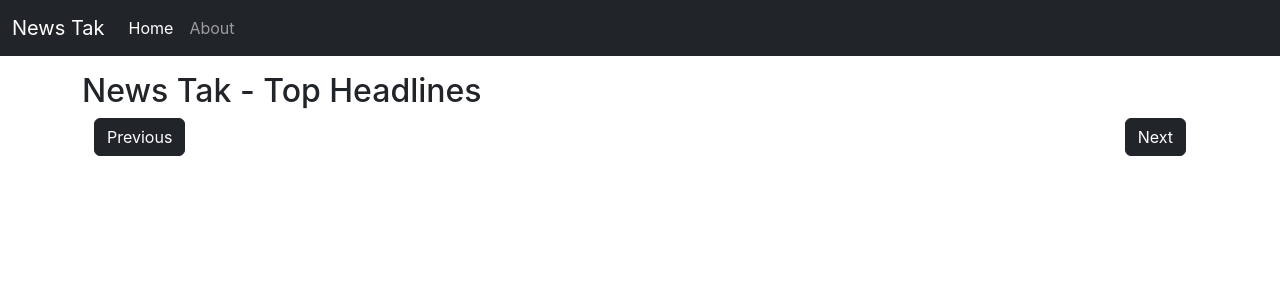
Repository: Rohit-foryou/News-website
Page: /entertainment
An editor plug-in stored every save of this project. The page is shown before and after the next save, followed by the edit.
The browser window is 1280 px wide. The pictures show the whole page.
The page's requests for data from a server got no answer. The project was rebuilt for these pictures with package versions that can differ from the ones it lists, and the page was loaded fresh each time. No one was signed in, and anything a server would have sent is missing. Also part of the build but not shown: src/Components/NewsItem.js.

Above is the page before, as saved 2023-12-22 20:39:20.

### public/index.html
<!DOCTYPE html>
<html lang="en">
  <head>
    <meta charset="utf-8" />
    <link rel="icon" href="%PUBLIC_URL%/favicon.ico" />
    <meta name="viewport" content="width=device-width, initial-scale=1" />
    <meta name="theme-color" content="#000000" />
    <meta
      name="description"
      content="News Tak is used to see latest news fast and easy"
    />
    <link rel="apple-touch-icon" href="%PUBLIC_URL%/logo192.png" />
    <!--
      manifest.json provides metadata used when your web app is installed on a
      user's mobile device or desktop. See https://developers.google.com/web/fundamentals/web-app-manifest/
    -->
    <link rel="manifest" href="%PUBLIC_URL%/manifest.json" />
    <!--
      Notice the use of %PUBLIC_URL% in the tags above.
      It will be replaced with the URL of the `public` folder during the build.
      Only files inside the `public` folder can be referenced from the HTML.

      Unlike "/favicon.ico" or "favicon.ico", "%PUBLIC_URL%/favicon.ico" will
      work correctly both with client-side routing and a non-root public URL.
      Learn how to configure a non-root public URL by running `npm run build`.
    -->
    <title>News Tak</title>
    <link href="https://cdn.jsdelivr.net/npm/bootstrap@5.3.2/dist/css/bootstrap.min.css" rel="stylesheet" integrity="sha384-T3c6CoIi6uLrA9TneNEoa7RxnatzjcDSCmG1MXxSR1GAsXEV/Dwwykc2MPK8M2HN" crossorigin="anonymous">
  </head>
  <body>
    <noscript>You need to enable JavaScript to run this app.</noscript>
    <div id="root"></div>
    <!--
      This HTML file is a template.
      If you open it directly in the browser, you will see an empty page.

      You can add webfonts, meta tags, or analytics to this file.
      The build step will place the bundled scripts into the <body> tag.

      To begin the development, run `npm start` or `yarn start`.
      To create a production bundle, use `npm run build` or `yarn build`.
    -->
    <script src="https://cdn.jsdelivr.net/npm/bootstrap@5.3.2/dist/js/bootstrap.bundle.min.js" integrity="sha384-C6RzsynM9kWDrMNeT87bh95OGNyZPhcTNXj1NW7RuBCsyN/o0jlpcV8Qyq46cDfL" crossorigin="anonymous"></script>
  </body>
</html>

### src/App.js
import React, { Component } from 'react'
import NavBar from './Components/NavBar'
import News from './Components/News'

export class App extends Component {
  render() {
    return (
      <div>
        <NavBar/>
        <News/>
      </div>
    )
  }
}

export default App

### src/Components/NavBar.js
import React, { Component } from 'react'

export default class NavBar extends Component {
  render() {
    return (
      <div>
        <nav className="navbar navbar-expand-lg navbar-dark bg-dark">
            <div className="container-fluid">
                <a className="navbar-brand" href="/">News Tak</a>
                <button className="navbar-toggler" type="button" data-bs-toggle="collapse" data-bs-target="#navbarSupportedContent" aria-controls="navbarSupportedContent" aria-expanded="false" aria-label="Toggle navigation">
                <span className="navbar-toggler-icon"></span>
                </button>
                <div className="collapse navbar-collapse" id="navbarSupportedContent">
                <ul className="navbar-nav me-auto mb-2 mb-lg-0">
                    <li className="nav-item">
                    <a className="nav-link active" aria-current="page" href="/">Home</a>
                    </li>
                    <li className="nav-item">
                    <a className="nav-link" href="/about">About</a>
                    </li>
                </ul>
                </div>
            </div>
        </nav>
      </div>
    )
  }
}

### src/Components/News.js
import React, { Component } from "react";
import NewsItem from "./NewsItem";

export class News extends Component {

  constructor() {
    super();
    console.log("hello i am constructor");
    this.state = {
      articles: [],
      loading: false,
      page: 1
    };
  }

 async componentDidMount(){
    let url = "https://newsapi.org/v2/top-headlines?country=in&apiKey=fa3dbec13bb44cd2a222250b4aea8871"
    let data = await fetch(url);
    let parsedData = await data.json()
    console.log(parsedData)
    this.setState({articles: parsedData.articles})
  }
  render() {
    return (
      <div className="container my-3">
        <h2>News Tak - Top Headlines</h2>

        <div className="row">
        {this.state.articles.map((element)=>{
            return <div className="col-md-4" key={element.url}>
            <NewsItem
              title={element.title?element.title.slice(0,45):""}
              description={element.description?element.description.slice(0,83):""}
              imgUrl={element.urlToImage}
              newsUrl = {element.url}
            />
          </div>
        })}

        </div>
        <div className="container d-flex justify-content-between">
            <button type="button" className="btn btn-dark">Previous</button>
            <button type="button" className="btn btn-dark">Next</button>
        </div>
      </div>
    );
  }
}

export default News;

Loaded but not shown: src/index.js (common file); src/index.css (common file); src/reportWebVitals.js (common file)

After the next save:
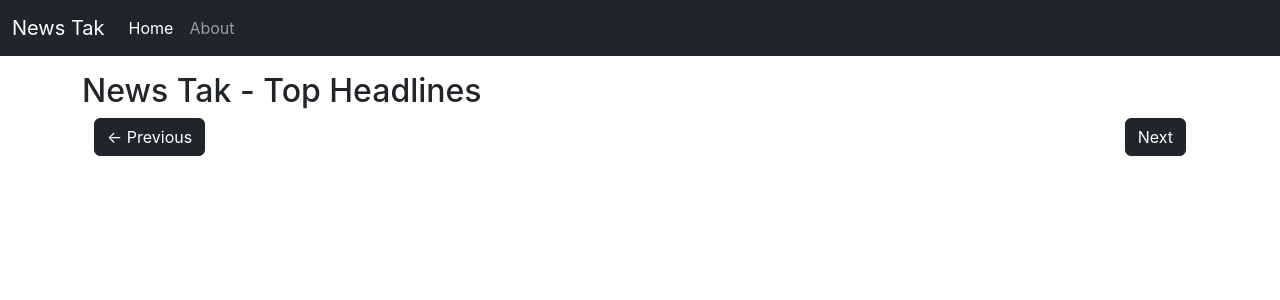
Saved 70 s later.
--- a/src/Components/News.js
+++ b/src/Components/News.js
@@ -39,7 +39,7 @@ export class News extends Component {
 
         </div>
         <div className="container d-flex justify-content-between">
-            <button type="button" className="btn btn-dark">Previous</button>
+            <button type="button" className="btn btn-dark">&larr; Previous</button>
             <button type="button" className="btn btn-dark">Next</button>
         </div>
       </div>
